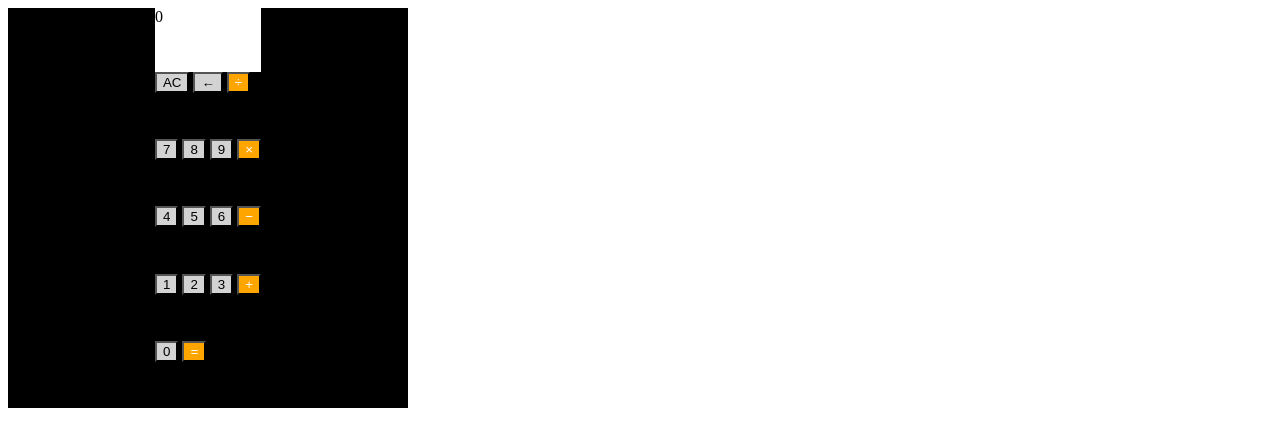
Repository: KaylaDamons/LAB-calculator
Page: index.html
The author's editor kept a copy of each file at every save. The page is drawn from the files as they stood at one save, then again after the next save.
The browser window is 1280 px wide. The pictures show the whole page.

Above is the page before, as saved 2024-01-13 19:19:28.

### index.html
<!DOCTYPE html>
<html lang="en">
<head>
  <meta charset="UTF-8">
  <meta name="viewport" content="width=device-width, initial-scale=1.0">
  <title>Calculator</title>

</head>
<body>
  <div class="wrapper">
    <div class="sumbar">
      0
    </div>
      <div class="clearbutton">
       <button class="button clear">AC</button>
       <button class="button delete">&#8592</button>
       <button class="symbol divide">&#247</button>
    </div>

    <div class="buttonrow1">
      <button class="button">7</button>
      <button class="button">8</button>
      <button class="button">9</button>
      <button class="symbol times">&#215</button>
    </div>

    <div class="buttonrow2">
      <button class="button">4</button>
      <button class="button">5</button>
      <button class="button">6</button>
      <button class="symbol minus">&#8722</button>
    </div>

    <div class="buttonrow3">
      <button class="button">1</button>
      <button class="button">2</button>
      <button class="button">3</button>
      <button class="symbol plus">&#43</button>
    </div>

    <div class="buttonrow4">
      <button class="button">0</button>
      <button class="symbol equals">&#61</button>
    </div>

  </div>




  <link rel="stylesheet" href="main.css">
</body>
<script src="main.js"></script>
</html>

### main.css

 .wrapper {
  display: grid;
  width: 400px;
  height: 400px;
  background-color:black;
  justify-content: center;
  align-content: right;
 }


.sumbar {
 background-color:white;
}

.symbol {
  background-color: orange;
  color:white;
}
.button {
  background-color:lightgray;
  size-adjust:inherit;
}
.buttonrow1 {}

### main.js
console.log("calculator");

After the next save:
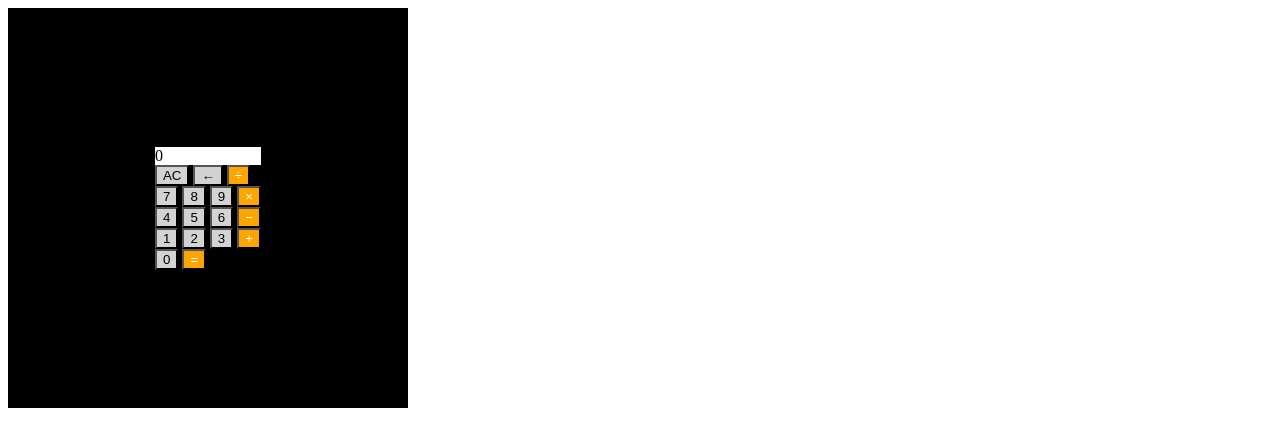
Saved 26 s later.
--- a/main.css
+++ b/main.css
@@ -5,7 +5,7 @@
   height: 400px;
   background-color:black;
   justify-content: center;
-  align-content: right;
+  align-content: center;
  }
 
 

After the save that followed:
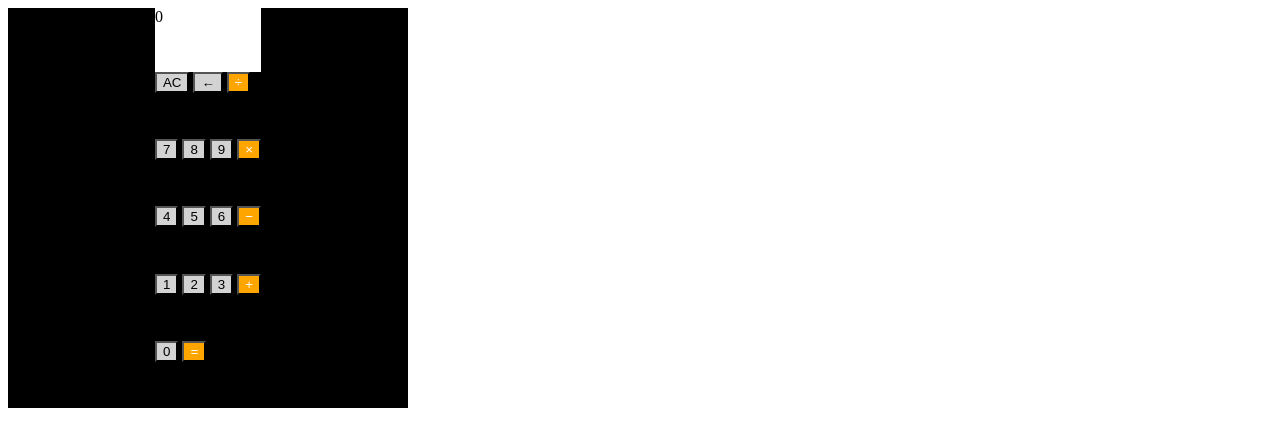
Saved 4 min 25 s later.
--- a/main.css
+++ b/main.css
@@ -1,11 +1,12 @@
 
  .wrapper {
   display: grid;
+  flex-wrap: wrap;
+  flex-direction: row;
+  background-color:black;
+  justify-content: center;
   width: 400px;
   height: 400px;
-  background-color:black;
-  justify-content: center;
-  align-content: center;
  }
 
 
